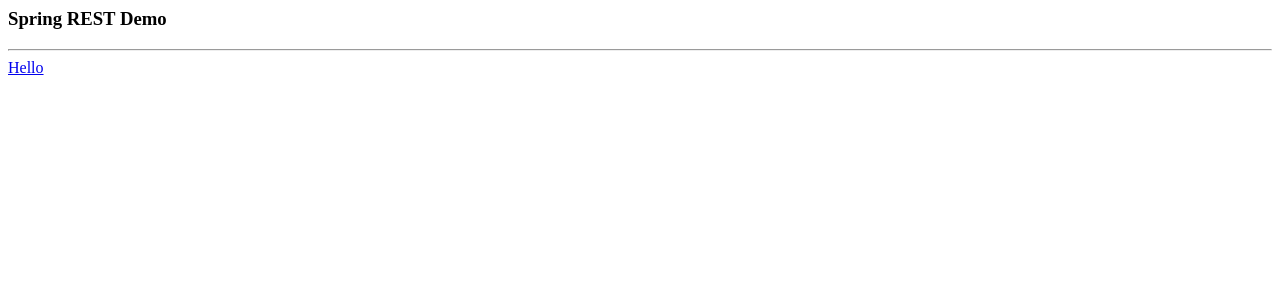
Repository: matthias1989/eclipse-workspace-UDEMY
Page: http://localhost/spring-rest-demo/
The author's editor kept a copy of each file at every save. The page is drawn from the files as they stood at one save, then again after the next save.
The browser window is 1280 px wide. The pictures show the whole page.
The page is served by Tomcat 9. Other server files are loaded and not shown.

Above is the page before, as saved 2018-07-24 13:53:16.

### spring-rest-demo/src/main/webapp/index.jsp
<html>
	<body>
		<h3>Spring REST Demo</h3>
		<hr>
		<a href="${pageContext.request.contextPath}/test/hello">Hello</a>
	</body>
</html>

After the next save:
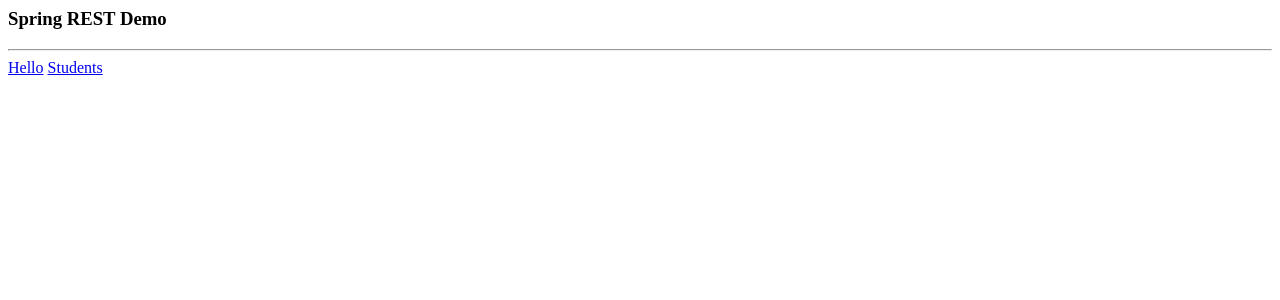
Saved 85 s later.
--- a/spring-rest-demo/src/main/webapp/index.jsp
+++ b/spring-rest-demo/src/main/webapp/index.jsp
@@ -3,5 +3,6 @@
 		<h3>Spring REST Demo</h3>
 		<hr>
 		<a href="${pageContext.request.contextPath}/test/hello">Hello</a>
+		<a href="${pageContext.request.contextPath}/api/students">Students</a>
 	</body>
 </html>
